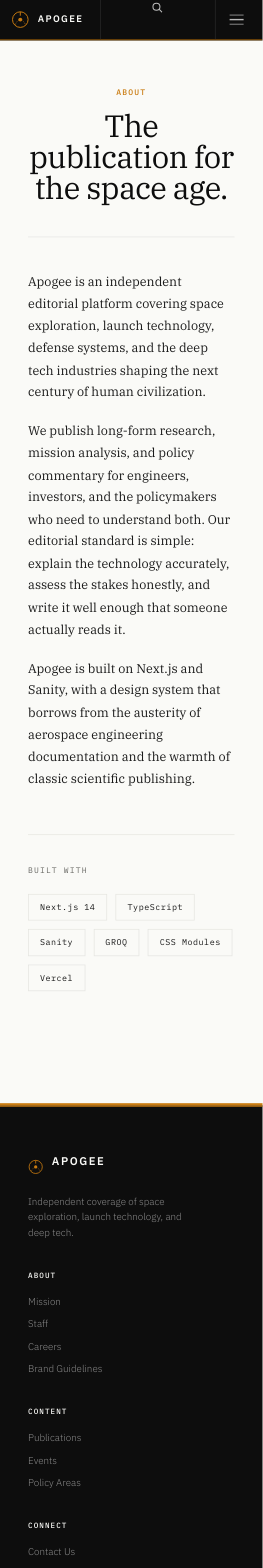
Repository: aricmoore/apogee
Page: /about
An editor plug-in stored every save of this project. The page is shown before and after the next save, followed by the edit.
The browser window is 375 px wide. The pictures show the part of the page from y = 0 to 2240 px (the page is 2680 px tall), at 70% of full size.
The project was rebuilt for these pictures with package versions that can differ from the ones it lists, and the page was loaded fresh each time. The framework's server and built-in components were replaced by stand-ins that run in the browser. Also part of the build but not shown: next.config.ts.

Above is the page before, as saved 2026-04-12 21:15:01.

### src/app/layout.tsx
import type { Metadata } from 'next'
import '@/app/globals.css'
import Nav from '@/components/Nav'
import Footer from '@/components/Footer'

export const metadata: Metadata = {
  title: 'Apogee',
  description: 'Space & Deep Tech',
}

export default function RootLayout({ children }: { children: React.ReactNode }) {
  return (
    <html lang="en">
      <body>
        <Nav />
        <main>{children}</main>
        <Footer />
      </body>
    </html>
  )
}

### src/app/about/page.tsx
import styles from './page.module.css'

export default function AboutPage() {
  return (
    <div className={styles.page}>
      <div className="container">
        <div className={styles.header}>
          <span className={styles.label}>About</span>
          <h1 className={styles.title}>The publication for the space age.</h1>
        </div>
        <div className={styles.body}>
          <p>Apogee is an independent editorial platform covering space exploration, launch technology, defense systems, and the deep tech industries shaping the next century of human civilization.</p>
          <p>We publish long-form research, mission analysis, and policy commentary for engineers, investors, and the policymakers who need to understand both. Our editorial standard is simple: explain the technology accurately, assess the stakes honestly, and write it well enough that someone actually reads it.</p>
          <p>Apogee is built on Next.js and Sanity, with a design system that borrows from the austerity of aerospace engineering documentation and the warmth of classic scientific publishing.</p>
        </div>
        <div className={styles.stack}>
          <span className={styles.stackLabel}>Built with</span>
          <div className={styles.stackGrid}>
            {['Next.js 14', 'TypeScript', 'Sanity', 'GROQ', 'CSS Modules', 'Vercel'].map(item => (
              <div key={item} className={styles.stackItem}>{item}</div>
            ))}
          </div>
        </div>
      </div>
    </div>
  )
}

### src/app/globals.css
@import url('https://fonts.googleapis.com/css2?family=Bebas+Neue&family=IBM+Plex+Serif:ital,wght@0,400;0,500;1,400&family=IBM+Plex+Mono:wght@400;500&family=IBM+Plex+Sans:wght@300;400;500;600&display=swap');

:root {
  --amber:       #C97B10;
  --amber-light: #E8960A;
  --amber-dim:   #7A4A05;
  --black:       #0D0D0D;
  --white:       #FAFAF7;
  --stone:       #C8C8C4;
  --ink:         #1A1A1A;
  --muted:       #6A6A66;
  --faint:       #E4E4E0;
  --bg:          #FAFAF7;
  --accent:      #C97B10;

  --font-display: 'Bebas Neue', 'Arial Narrow', sans-serif;
  --font-serif:   'IBM Plex Serif', Georgia, serif;
  --font-mono:    'IBM Plex Mono', 'Courier New', monospace;
  --font-sans:    'IBM Plex Sans', system-ui, sans-serif;

  --text-xs:   0.75rem;
  --text-sm:   0.875rem;
  --text-base: 1rem;
  --text-lg:   1.125rem;
  --text-xl:   1.25rem;
  --text-2xl:  1.5rem;
  --text-3xl:  2rem;
  --text-4xl:  2.75rem;
  --text-5xl:  3.5rem;
  --text-6xl:  5rem;
  --text-7xl:  7rem;

  --space-1:  0.25rem;
  --space-2:  0.5rem;
  --space-3:  0.75rem;
  --space-4:  1rem;
  --space-5:  1.25rem;
  --space-6:  1.5rem;
  --space-8:  2rem;
  --space-10: 2.5rem;
  --space-12: 3rem;
  --space-16: 4rem;
  --space-20: 5rem;
  --space-24: 6rem;

  --max-w:         1280px;
  --leading-tight: 1.0;
  --leading-snug:  1.25;
  --leading-body:  1.72;
  --measure:       66ch;
  --ease:          cubic-bezier(0.16, 1, 0.3, 1);
}

*, *::before, *::after { box-sizing: border-box; margin: 0; padding: 0; }

html { font-size: 16px; -webkit-font-smoothing: antialiased; -moz-osx-font-smoothing: grayscale; }

body {
  background: var(--bg);
  color: var(--ink);
  font-family: var(--font-sans);
  font-size: var(--text-base);
  line-height: var(--leading-body);
  font-weight: 400;
}

a { color: inherit; text-decoration: none; }
img { display: block; max-width: 100%; }
button { cursor: pointer; border: none; background: none; font: inherit; }

.container {
  width: 100%;
  max-width: var(--max-w);
  margin: 0 auto;
  padding: 0 var(--space-10);
}

.label {
  font-family: var(--font-mono);
  font-size: 0.72rem;
  font-weight: 500;
  letter-spacing: 0.12em;
  text-transform: uppercase;
  color: var(--muted);
}

.rule        { border: none; border-top: 1px solid var(--faint); }
.rule--heavy { border-top: 2px solid var(--black); }

### src/components/Nav.tsx
'use client'
import Link from 'next/link'
import { useState } from 'react'
import styles from './Nav.module.css'

function ApogeeIcon() {
  return (
    <svg width="26" height="26" viewBox="0 0 28 28" fill="none" xmlns="http://www.w3.org/2000/svg" aria-hidden="true">
      <circle cx="14" cy="14" r="12" stroke="#C97B10" strokeWidth="1.5" fill="none"/>
      <circle cx="14" cy="14" r="3" fill="#C97B10"/>
      <line x1="14" y1="2" x2="14" y2="8" stroke="#C97B10" strokeWidth="1.5"/>
      <path d="M 6 22 Q 14 6 22 22" stroke="#C97B10" strokeWidth="1" fill="none" strokeDasharray="2 2"/>
    </svg>
  )
}

const links = [
  { label: 'Publications', href: '/' },
  { label: 'Events', href: '/events' },
  { label: 'About', href: '/about' },
]

export default function Nav() {
  const [menuOpen, setMenuOpen] = useState(false)
  const [searchOpen, setSearchOpen] = useState(false)
  const [query, setQuery] = useState('')

  const handleSearch = (e: React.FormEvent) => {
    e.preventDefault()
    if (query.trim()) {
      setSearchOpen(false)
      setQuery('')
    }
  }

  return (
    <header className={styles.header}>
      <div className={styles.inner}>

        {/* Left — logo */}
        <Link href="/" className={styles.wordmark} onClick={() => setMenuOpen(false)}>
          <ApogeeIcon />
          <span className={styles.wordmarkText}>Apogee</span>
        </Link>

        {/* Center — search (expands inline) */}
        <div className={styles.searchWrap}>
          {searchOpen ? (
            <form onSubmit={handleSearch} className={styles.searchForm}>
              <input
                autoFocus
                type="text"
                value={query}
                onChange={e => setQuery(e.target.value)}
                placeholder="Search articles..."
                className={styles.searchInput}
                aria-label="Search"
              />
              <button type="button" className={styles.searchClose} onClick={() => { setSearchOpen(false); setQuery('') }}>✕</button>
            </form>
          ) : (
            <button
              className={styles.searchBtn}
              onClick={() => setSearchOpen(true)}
              aria-label="Open search"
            >
              <svg width="16" height="16" viewBox="0 0 16 16" fill="none" aria-hidden="true">
                <circle cx="6.5" cy="6.5" r="5" stroke="#BBBBBB" strokeWidth="1.5"/>
                <line x1="10.5" y1="10.5" x2="14" y2="14" stroke="#BBBBBB" strokeWidth="1.5" strokeLinecap="round"/>
              </svg>
            </button>
          )}
        </div>

        {/* Right — desktop nav */}
        <nav className={styles.links} aria-label="Main navigation">
          {links.map(l => (
            <Link key={l.label} href={l.href} className={styles.link}>{l.label}</Link>
          ))}
          <Link href="/studio" className={styles.studio}>Studio ↗</Link>
        </nav>

        {/* Mobile burger */}
        <button
          className={styles.burger}
          onClick={() => setMenuOpen(o => !o)}
          aria-label={menuOpen ? 'Close menu' : 'Open menu'}
          aria-expanded={menuOpen}
        >
          <span className={`${styles.burgerLine} ${menuOpen ? styles.burgerTop : ''}`} />
          <span className={`${styles.burgerLine} ${menuOpen ? styles.burgerMid : ''}`} />
          <span className={`${styles.burgerLine} ${menuOpen ? styles.burgerBot : ''}`} />
        </button>

      </div>

      {/* Mobile overlay */}
      {menuOpen && (
        <div className={styles.overlay}>
          <nav className={styles.overlayLinks}>
            {links.map(l => (
              <Link
                key={l.label}
                href={l.href}
                className={styles.overlayLink}
                onClick={() => setMenuOpen(false)}
              >
                {l.label}
              </Link>
            ))}
            <Link href="/studio" className={styles.overlayLink} onClick={() => setMenuOpen(false)}>
              Studio ↗
            </Link>
          </nav>
        </div>
      )}
    </header>
  )
}

### src/components/Footer.tsx
import Link from 'next/link'
import styles from './Footer.module.css'

export default function Footer() {
  return (
    <footer className={styles.footer}>
      <div className={styles.top}>
        <div className="container">
          <div className={styles.grid}>
            <div className={styles.brand}>
              <div className={styles.wordmarkWrap}>
								<svg width="22" height="22" viewBox="0 0 28 28" fill="none" xmlns="http://www.w3.org/2000/svg" aria-hidden="true">
									<circle cx="14" cy="14" r="12" stroke="#C97B10" strokeWidth="1.5" fill="none"/>
									<circle cx="14" cy="14" r="3" fill="#C97B10"/>
									<line x1="14" y1="2" x2="14" y2="8" stroke="#C97B10" strokeWidth="1.5"/>
									<path d="M 6 22 Q 14 6 22 22" stroke="#C97B10" strokeWidth="1" fill="none" strokeDasharray="2 2"/>
								</svg>
								<span className={styles.wordmark}>Apogee</span>
							</div>
              <p className={styles.tagline}>Independent coverage of space exploration, launch technology, and deep tech.</p>
            </div>
            <div className={styles.col}>
              <span className={styles.colLabel}>About</span>
              <Link href="/about" className={styles.colLink}>Mission</Link>
              <Link href="/" className={styles.colLink}>Staff</Link>
              <Link href="/" className={styles.colLink}>Careers</Link>
              <Link href="/" className={styles.colLink}>Brand Guidelines</Link>
            </div>
            <div className={styles.col}>
              <span className={styles.colLabel}>Content</span>
              <Link href="/" className={styles.colLink}>Publications</Link>
              <Link href="/events" className={styles.colLink}>Events</Link>
              <Link href="/" className={styles.colLink}>Policy Areas</Link>
            </div>
            <div className={styles.col}>
              <span className={styles.colLabel}>Connect</span>
              <Link href="/" className={styles.colLink}>Contact Us</Link>
              <Link href="/" className={styles.colLink}>X / Twitter</Link>
              <Link href="/" className={styles.colLink}>LinkedIn</Link>
              <Link href="/" className={styles.colLink}>YouTube</Link>
            </div>
          </div>

          <div className={styles.subscribe}>
            <span className={styles.subscribeLabel}>Stay in the loop</span>
            <p className={styles.subscribeSub}>Occasional updates on events, publications, and programs.</p>
            <div className={styles.subscribeForm}>
              <input
                type="email"
                placeholder="your@email.com"
                className={styles.input}
                aria-label="Email address"
              />
              <button className={styles.subscribeBtn}>Subscribe</button>
            </div>
          </div>
        </div>
      </div>

      <div className={styles.bottom}>
        <div className="container">
          <div className={styles.bottomInner}>
            <span className={styles.copy}>© 2026 Apogee. All rights reserved.</span>
            <div className={styles.bottomLinks}>
              <Link href="/" className={styles.bottomLink}>Terms of Service</Link>
              <Link href="/" className={styles.bottomLink}>Privacy Policy</Link>
              <Link href="/" className={styles.bottomLink}>RSS</Link>
            </div>
          </div>
        </div>
      </div>
    </footer>
  )
}

### src/app/about/page.module.css
.page {
  padding: var(--space-16) 0 var(--space-24);
}

.header {
  max-width: 760px;
  margin: 0 auto var(--space-12);
  text-align: center;
  padding-bottom: var(--space-12);
  border-bottom: 1px solid var(--faint);
}

.label {
  font-family: var(--font-mono);
  font-size: 0.72rem;
  font-weight: 500;
  letter-spacing: 0.14em;
  text-transform: uppercase;
  color: var(--amber);
  display: block;
  margin-bottom: var(--space-4);
}

.title {
  font-family: var(--font-serif);
  font-size: var(--text-4xl);
  font-weight: 400;
  line-height: var(--leading-tight);
  letter-spacing: -0.02em;
  color: var(--black);
}

.body {
  max-width: 620px;
  margin: 0 auto var(--space-16);
  font-family: var(--font-serif);
  font-size: var(--text-lg);
  line-height: 1.75;
  color: var(--ink);
}

.body p {
  margin-bottom: var(--space-6);
}

.stack {
  max-width: 620px;
  margin: 0 auto;
  padding-top: var(--space-10);
  border-top: 1px solid var(--faint);
}

.stackLabel {
  font-family: var(--font-mono);
  font-size: 0.72rem;
  letter-spacing: 0.14em;
  text-transform: uppercase;
  color: var(--muted);
  display: block;
  margin-bottom: var(--space-6);
}

.stackGrid {
  display: flex;
  flex-wrap: wrap;
  gap: var(--space-3);
}

.stackItem {
  font-family: var(--font-mono);
  font-size: 0.75rem;
  letter-spacing: 0.06em;
  color: var(--ink);
  border: 1px solid var(--faint);
  padding: var(--space-2) var(--space-4);
  transition: border-color 0.15s, color 0.15s;
}

.stackItem:hover {
  border-color: var(--amber);
  color: var(--amber);
}

### src/components/Nav.module.css
.header {
  position: sticky;
  top: 0;
  z-index: 100;
  background: var(--black);
  border-bottom: 2px solid var(--amber-dim);
}

.inner {
  display: flex;
  align-items: stretch;
  justify-content: space-between;
  min-height: 56px;
  max-width: var(--max-w);
  margin: 0 auto;
  padding: 0 var(--space-10);
}

.wordmark {
  display: flex;
  align-items: center;
  gap: var(--space-3);
  padding-right: var(--space-10);
  border-right: 1px solid #2a2a2a;
  transition: opacity 0.15s;
  white-space: nowrap;
}

.wordmark:hover { opacity: 0.8; }

.wordmarkText {
  font-family: var(--font-sans);
  font-size: 1rem;
  font-weight: 600;
  letter-spacing: 0.14em;
  text-transform: uppercase;
  color: var(--white);
  line-height: 1;
}

/* Desktop nav */
.links {
  display: flex;
  align-items: stretch;
}

.link {
  display: flex;
  align-items: center;
  font-family: var(--font-mono);
  font-size: 0.76rem;
  font-weight: 500;
  letter-spacing: 0.12em;
  text-transform: uppercase;
  color: #BBBBBB;
  padding: 0 var(--space-8);
  border-left: 1px solid #2a2a2a;
  transition: color 0.15s;
  white-space: nowrap;
}

.link:hover { color: var(--amber-light); }

.studio {
  display: flex;
  align-items: center;
  font-family: var(--font-mono);
  font-size: 0.76rem;
  font-weight: 500;
  letter-spacing: 0.12em;
  text-transform: uppercase;
  color: var(--black);
  background: var(--amber);
  padding: 0 var(--space-6);
  border-left: 1px solid #2a2a2a;
  transition: background 0.15s;
  white-space: nowrap;
}

.studio:hover { background: var(--amber-light); }

/* Mobile */
.mobileRight {
  display: none;
  align-items: stretch;
}

.burger {
  display: flex;
  flex-direction: column;
  justify-content: center;
  gap: 5px;
  padding: 0 var(--space-5);
  border-left: 1px solid #2a2a2a;
  background: none;
  cursor: pointer;
  width: 52px;
}

.burgerLine {
  display: block;
  width: 20px;
  height: 1.5px;
  background: #BBBBBB;
  transition: transform 0.2s, opacity 0.2s;
  transform-origin: center;
}

.burgerTop  { transform: translateY(6.5px) rotate(45deg); }
.burgerMid  { opacity: 0; }
.burgerBot  { transform: translateY(-6.5px) rotate(-45deg); }

/* Full-screen overlay */
.overlay {
  position: fixed;
  top: 56px;
  left: 0;
  right: 0;
  bottom: 0;
  background: var(--black);
  z-index: 99;
  display: flex;
  flex-direction: column;
  padding: var(--space-8);
  border-top: 1px solid #1e1e1e;
}

.overlayLinks {
  display: flex;
  flex-direction: column;
  gap: 0;
}

.overlayLink {
  font-family: var(--font-display);
  font-size: 3rem;
  letter-spacing: 0.06em;
  color: var(--white);
  padding: var(--space-5) 0;
  border-bottom: 1px solid #1e1e1e;
  transition: color 0.15s;
}

.overlayLink:hover { color: var(--amber); }

/* Breakpoints */
@media (max-width: 768px) {
  .links { display: none; }
  .mobileRight { display: flex; }
  .inner { padding: 0 var(--space-6); }
  .wordmark { padding-right: var(--space-6); }
}

@media (max-width: 400px) {
  .inner { padding: 0 var(--space-4); }
  .wordmarkText { font-size: 0.85rem; }
}

### src/components/Footer.module.css
.footer {
  border-top: 3px solid var(--amber);
  margin-top: var(--space-16);
}

.top {
  background: var(--black);
  padding: var(--space-16) 0 var(--space-12);
	border-top: 2px solid var(--amber);
}

.grid {
  display: grid;
  grid-template-columns: 2fr 1fr 1fr 1fr;
  gap: var(--space-10);
  margin-bottom: var(--space-12);
  padding-bottom: var(--space-12);
  border-bottom: 1px solid #2a2a2a;
}

.brand {}

.wordmark {
  font-family: var(--font-display);
  font-size: 2rem;
  letter-spacing: 0.1em;
  color: var(--white);
  display: block;
  margin-bottom: var(--space-4);
}

.wordmarkWrap {
  display: flex;
  align-items: center;
  gap: var(--space-3);
  margin-bottom: var(--space-4);
}

.wordmark {
  font-family: var(--font-sans);
  font-size: 1rem;
  font-weight: 600;
  letter-spacing: 0.14em;
  text-transform: uppercase;
  color: var(--white);
}

.tagline {
  font-family: var(--font-sans);
  font-size: var(--text-sm);
  font-weight: 300;
  line-height: 1.6;
  color: #888;
  max-width: 28ch;
}

.col {
  display: flex;
  flex-direction: column;
  gap: var(--space-2);
}

.colLabel {
  font-family: var(--font-mono);
  font-size: 0.68rem;
  font-weight: 500;
  letter-spacing: 0.14em;
  text-transform: uppercase;
  color: var(--white);
  margin-bottom: var(--space-2);
}

.colLink {
  font-family: var(--font-sans);
  font-size: var(--text-sm);
  font-weight: 300;
  color: #888;
  transition: color 0.15s;
}

.colLink:hover { color: var(--amber); }

/* Subscribe */
.subscribe {
  display: grid;
  grid-template-columns: 1fr auto;
  grid-template-rows: auto auto;
  gap: var(--space-2) var(--space-8);
  align-items: center;
}

.subscribeLabel {
  font-family: var(--font-mono);
  font-size: 0.68rem;
  letter-spacing: 0.14em;
  text-transform: uppercase;
  color: var(--white);
  grid-column: 1;
}

.subscribeSub {
  font-family: var(--font-sans);
  font-size: var(--text-sm);
  font-weight: 300;
  color: #888;
  grid-column: 1;
}

.subscribeForm {
  display: flex;
  grid-column: 2;
  grid-row: 1 / 3;
  align-self: center;
}

.input {
  font-family: var(--font-mono);
  font-size: 0.75rem;
  letter-spacing: 0.04em;
  background: #1e1e1e;
  border: 1px solid #333;
  border-right: none;
  color: var(--white);
  padding: var(--space-3) var(--space-4);
  width: 240px;
  outline: none;
  transition: border-color 0.15s;
}

.input::placeholder { color: #555; }
.input:focus { border-color: var(--amber); }

.subscribeBtn {
  font-family: var(--font-mono);
  font-size: 0.68rem;
  font-weight: 500;
  letter-spacing: 0.1em;
  text-transform: uppercase;
  color: var(--white);
  background: var(--amber);
  border: 1px solid var(--amber);
  padding: var(--space-3) var(--space-5);
  cursor: pointer;
  transition: background 0.15s;
  white-space: nowrap;
}

.subscribeBtn:hover { background: var(--black); border-color: var(--white); }

/* Bottom bar */
.bottom {
  background: var(--black);
  border-top: 1px solid #2a2a2a;
  padding: var(--space-4) 0;
}

.bottomInner {
  display: flex;
  justify-content: space-between;
  align-items: center;
}

.copy {
  font-family: var(--font-mono);
  font-size: 0.68rem;
  letter-spacing: 0.06em;
  color: #555;
}

.bottomLinks {
  display: flex;
  gap: var(--space-6);
}

.bottomLink {
  font-family: var(--font-mono);
  font-size: 0.68rem;
  letter-spacing: 0.08em;
  text-transform: uppercase;
  color: #555;
  transition: color 0.15s;
}

.bottomLink:hover { color: var(--amber); }

@media (max-width: 900px) {
  .grid { grid-template-columns: 1fr 1fr; }
  .subscribe { grid-template-columns: 1fr; }
  .subscribeForm { grid-column: 1; grid-row: auto; }
  .input { width: 100%; }
}

@media (max-width: 500px) {
  .grid { grid-template-columns: 1fr; }
  .bottomInner { flex-direction: column; gap: var(--space-3); align-items: flex-start; }
}

After the next save:
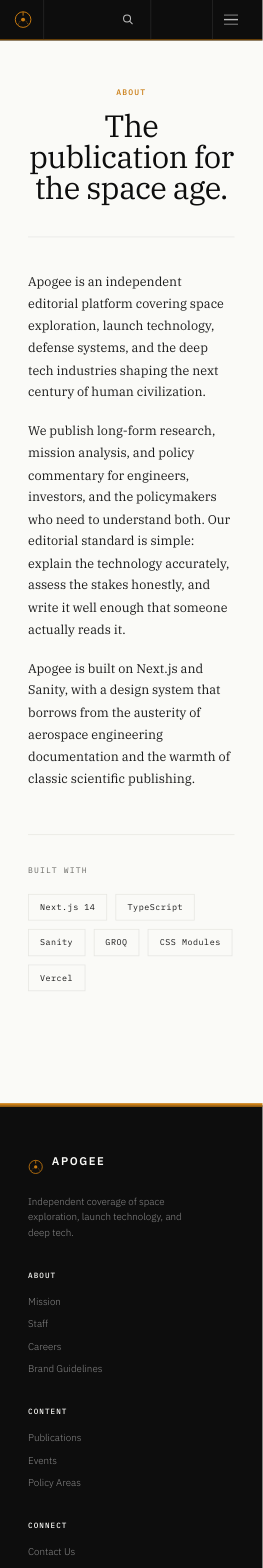
Saved 11 s later.
--- a/src/components/Nav.module.css
+++ b/src/components/Nav.module.css
@@ -13,17 +13,19 @@
   min-height: 56px;
   max-width: var(--max-w);
   margin: 0 auto;
-  padding: 0 var(--space-10);
-}
-
+  padding: 0 var(--space-8);
+}
+
+/* Logo */
 .wordmark {
   display: flex;
   align-items: center;
   gap: var(--space-3);
-  padding-right: var(--space-10);
+  padding-right: var(--space-8);
   border-right: 1px solid #2a2a2a;
   transition: opacity 0.15s;
   white-space: nowrap;
+  flex-shrink: 0;
 }
 
 .wordmark:hover { opacity: 0.8; }
@@ -38,10 +40,68 @@
   line-height: 1;
 }
 
-/* Desktop nav */
+/* Search */
+.searchWrap {
+  display: flex;
+  align-items: center;
+  padding: 0 var(--space-6);
+  border-right: 1px solid #2a2a2a;
+  flex-shrink: 0;
+}
+
+.searchBtn {
+  display: flex;
+  align-items: center;
+  justify-content: center;
+  background: none;
+  border: none;
+  cursor: pointer;
+  padding: var(--space-2);
+  transition: opacity 0.15s;
+}
+
+.searchBtn:hover { opacity: 0.7; }
+
+.searchForm {
+  display: flex;
+  align-items: center;
+  gap: var(--space-2);
+}
+
+.searchInput {
+  font-family: var(--font-mono);
+  font-size: 0.76rem;
+  letter-spacing: 0.08em;
+  background: #1a1a1a;
+  border: 1px solid #333;
+  color: var(--white);
+  padding: var(--space-2) var(--space-3);
+  width: 220px;
+  outline: none;
+  transition: border-color 0.15s;
+}
+
+.searchInput::placeholder { color: #555; }
+.searchInput:focus { border-color: var(--amber); }
+
+.searchClose {
+  font-family: var(--font-mono);
+  font-size: 0.72rem;
+  color: #666;
+  background: none;
+  border: none;
+  cursor: pointer;
+  padding: var(--space-1);
+  transition: color 0.15s;
+}
+
+.searchClose:hover { color: var(--white); }
+
+/* Desktop nav links */
 .links {
   display: flex;
   align-items: stretch;
+  margin-left: auto;
 }
 
 .link {
@@ -53,7 +113,7 @@
   letter-spacing: 0.12em;
   text-transform: uppercase;
   color: #BBBBBB;
-  padding: 0 var(--space-8);
+  padding: 0 var(--space-7);
   border-left: 1px solid #2a2a2a;
   transition: color 0.15s;
   white-space: nowrap;
@@ -79,22 +139,19 @@
 
 .studio:hover { background: var(--amber-light); }
 
-/* Mobile */
-.mobileRight {
+/* Mobile burger — hidden on desktop */
+.burger {
   display: none;
-  align-items: stretch;
-}
-
-.burger {
-  display: flex;
   flex-direction: column;
   justify-content: center;
   gap: 5px;
-  padding: 0 var(--space-5);
+  padding: 0 var(--space-4);
+  background: none;
+  border: none;
   border-left: 1px solid #2a2a2a;
-  background: none;
   cursor: pointer;
   width: 52px;
+  flex-shrink: 0;
 }
 
 .burgerLine {
@@ -110,7 +167,7 @@
 .burgerMid  { opacity: 0; }
 .burgerBot  { transform: translateY(-6.5px) rotate(-45deg); }
 
-/* Full-screen overlay */
+/* Mobile overlay */
 .overlay {
   position: fixed;
   top: 56px;
@@ -128,7 +185,6 @@
 .overlayLinks {
   display: flex;
   flex-direction: column;
-  gap: 0;
 }
 
 .overlayLink {
@@ -146,12 +202,12 @@
 /* Breakpoints */
 @media (max-width: 768px) {
   .links { display: none; }
-  .mobileRight { display: flex; }
-  .inner { padding: 0 var(--space-6); }
-  .wordmark { padding-right: var(--space-6); }
+  .burger { display: flex; }
+  .inner { padding: 0 var(--space-5); }
+  .searchWrap { padding: 0 var(--space-4); }
 }
 
 @media (max-width: 400px) {
-  .inner { padding: 0 var(--space-4); }
-  .wordmarkText { font-size: 0.85rem; }
-}
+  .wordmarkText { display: none; }
+  .wordmark { padding-right: var(--space-4); }
+}
